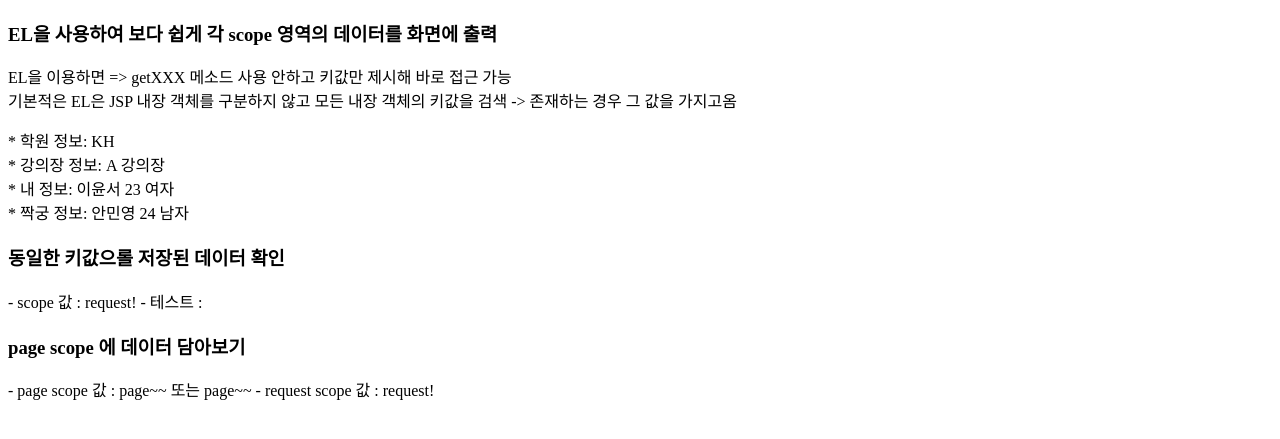
Repository: yoonseo0832/workspace
Page: http://localhost/2_jsp/el.do
The author's editor kept a copy of each file at every save. The page is drawn from the files as they stood at one save, then again after the next save.
The browser window is 1280 px wide. The pictures show the whole page.
The page is served by Tomcat 9.

Above is the page before, as saved 2025-03-20 03:41:33.

After the next save:
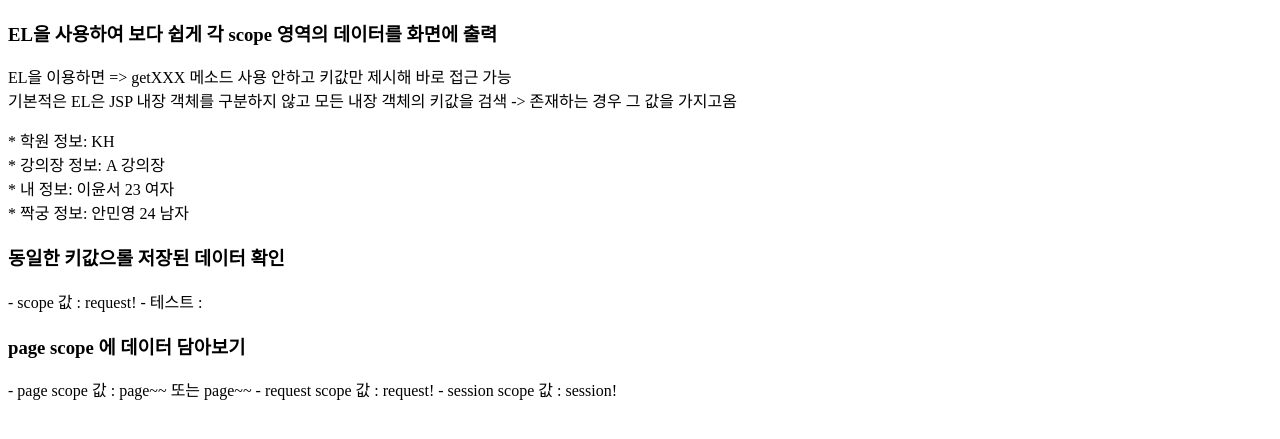
Saved 16 s later.
--- a/05_server/2_jsp/src/main/webapp/views/2_EL/1_el.jsp
+++ b/05_server/2_jsp/src/main/webapp/views/2_EL/1_el.jsp
@@ -54,5 +54,6 @@
 	 %>
 	 - page scope 값 : ${scope} 또는 ${pageScope.scope }
 	 - request scope 값 : ${requestScope.scope }
+	 - session scope 값 : ${sessionScope.scope }
 </body>
 </html>
